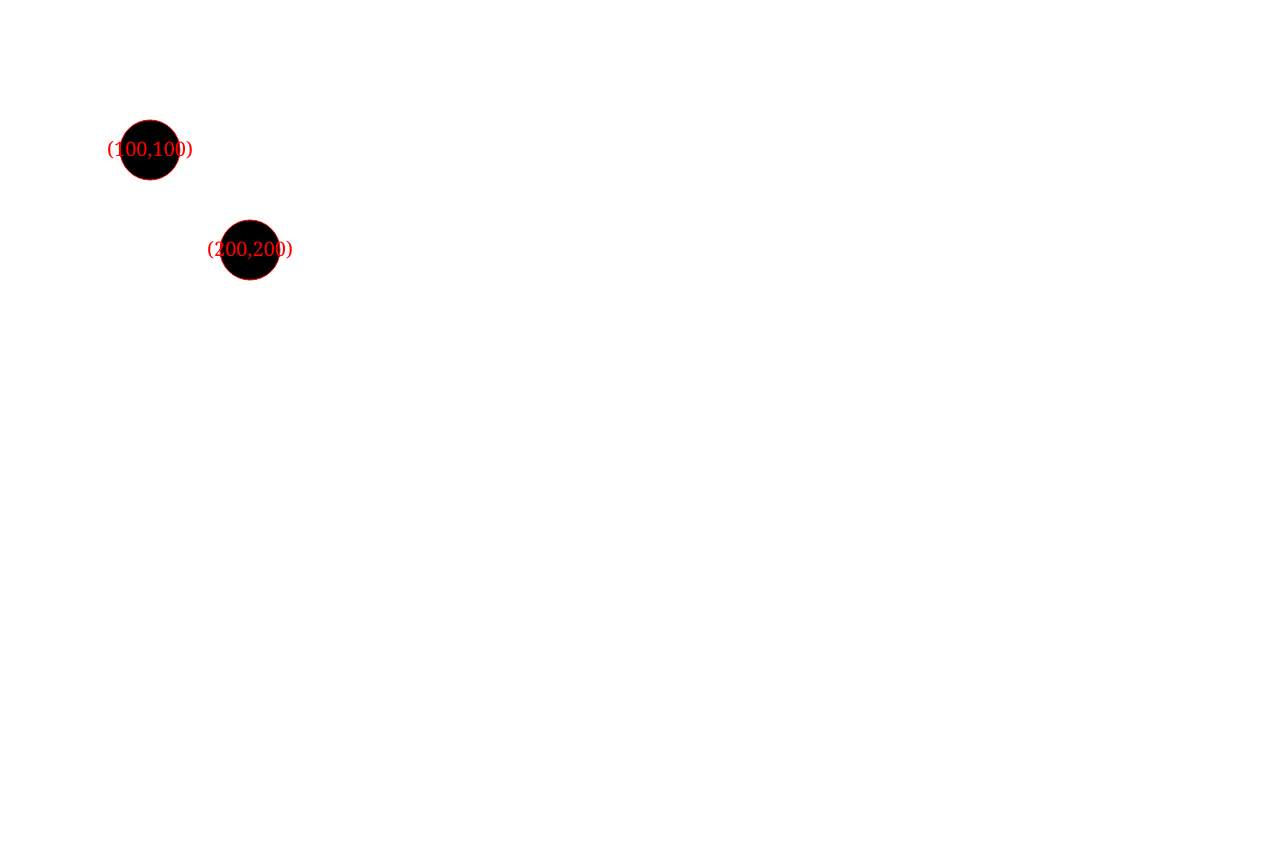
Repository: menyongkang/learing-canvas
Page: 拖拽坐标点.html
The author's editor kept a copy of each file at every save. The page is drawn from the files as they stood at one save, then again after the next save.
The browser window is 1280 px wide. The pictures show the whole page.

Above is the page before, as saved 2020-06-04 15:46:57.
Console error (its wording comes from the project's code and is left out).

After the next save:
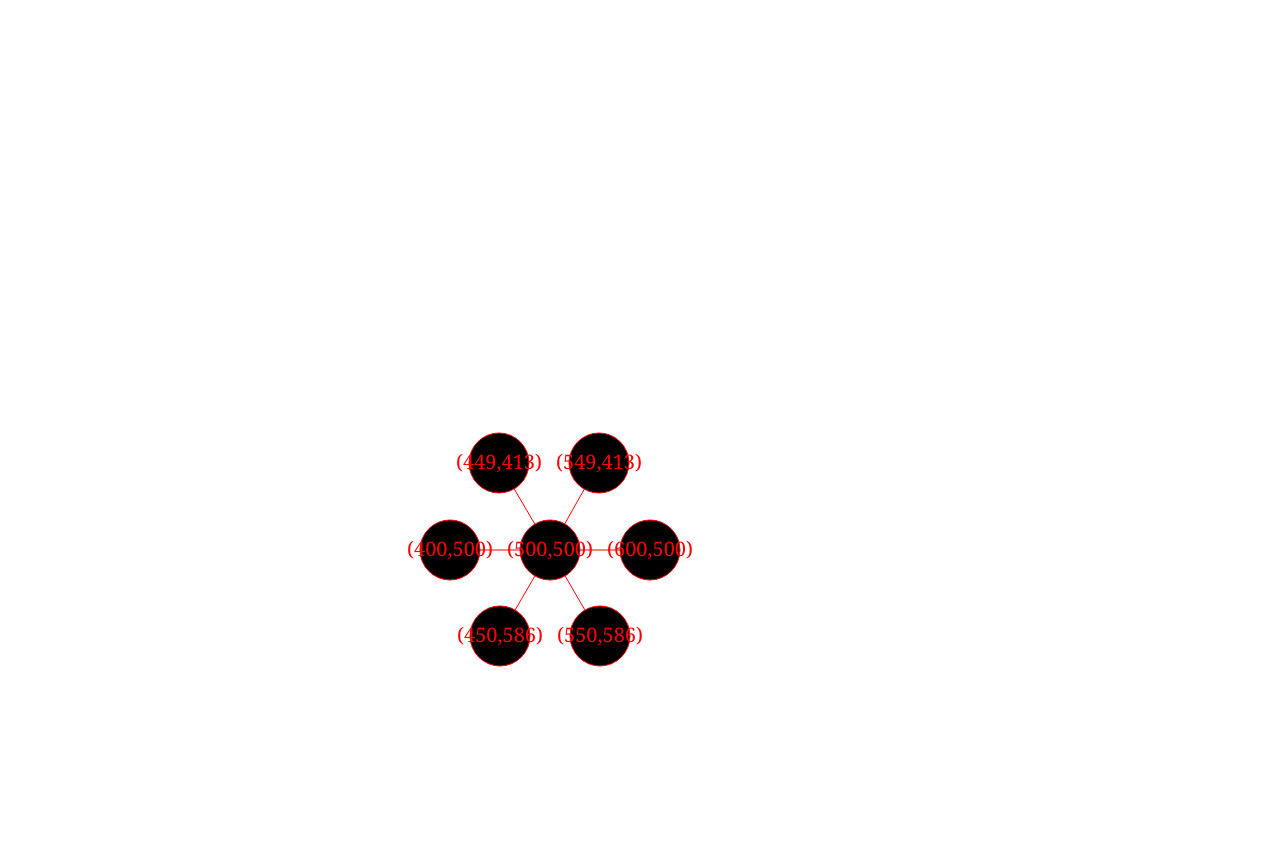
The error is gone.
Saved 115 s later.
--- a/拖拽坐标点.html
+++ b/拖拽坐标点.html
@@ -16,20 +16,36 @@
   </div>
 </body>
 <script type="text/javascript">
+  let x0 = 500,
+    y0 = 500,
+    R = 100,
+    sin = Math.sin,
+    cos = Math.cos
+
+
   let nodes = [{
-    id: 1,
-    x: 100,
-    y: 100
-  }, {
-    id: 2,
-    x: 200,
-    y: 200
+    name: 1,
+    x: x0,
+    y: y0
   }];
 
-  let links = [{
-    source: 1,
-    target: 2
-  }]
+  for (let i = 0; i < 6; i++) {
+    let radius = 2 * Math.PI / 6
+    nodes.push({
+      name: i + 2,
+      x: x0 + Math.floor(R * cos(radius * i)),
+      y: y0 + Math.floor(R * sin(radius * i))
+    })
+  }
+
+  let links = [];
+
+  for (let i = 0; i < 6; i++) {
+    links.push({
+      source: 1,
+      target: i + 2
+    })
+  }
   //第一件事，监听整个页面是否已经加载，并且开始操作前所有的Html 元素已经展现，（canvas 图形与声音处理极为重要）
   //第二件事，就是独立的canvasJavaScript代码封装。
   window.addEventListener('load', eventWindowLoaded, false);
